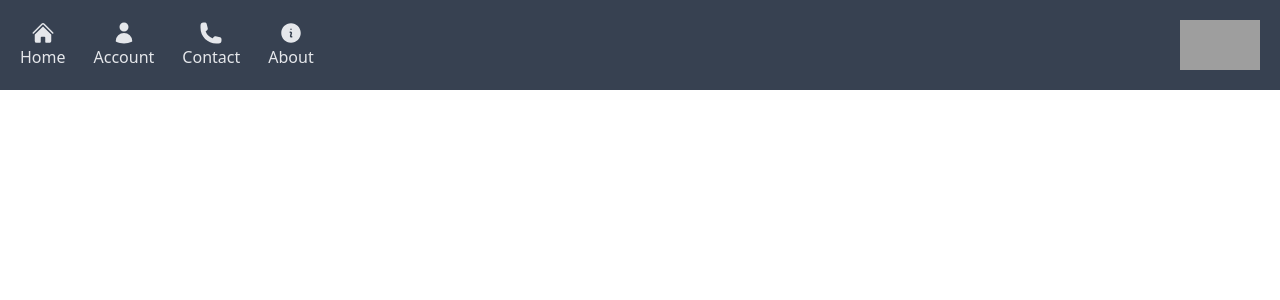
Repository: lyvandat/imdb-movie
Page: /
The author's editor kept a copy of each file at every save. The page is drawn from the files as they stood at one save, then again after the next save.
The browser window is 1280 px wide. The pictures show the whole page.
Pictures or frames that could not be fetched are drawn as grey boxes. The project was rebuilt for these pictures with package versions that can differ from the ones it lists, and the page was loaded fresh each time. The framework's server and built-in components were replaced by stand-ins that run in the browser. Also part of the build but not shown: next.config.js.

Above is the page before, as saved 2022-10-04 10:37:36.

After the next save:
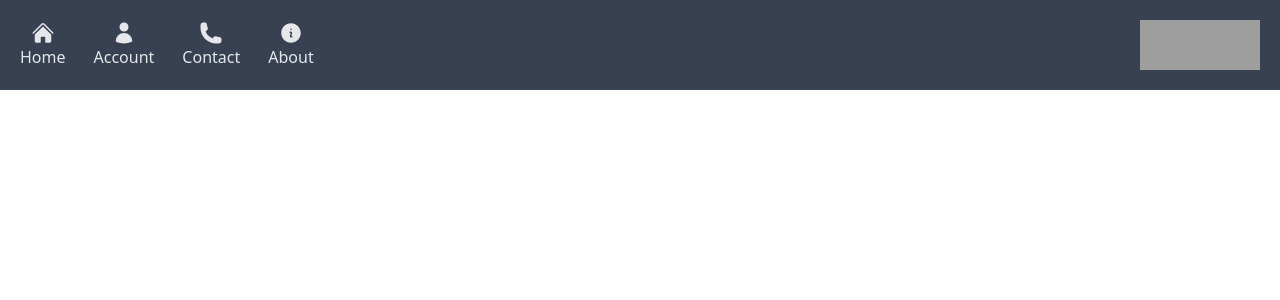
Saved 5 s later.
--- a/components/Header.js
+++ b/components/Header.js
@@ -34,7 +34,7 @@ function Header() {
       </ul>
       <Image
         src="https://th.bing.com/th/id/R.96d6a3163510b47bda4d016b465fb380?rik=RdmM%2faKqGkQOUw&riu=http%3a%2f%2fimg4.wikia.nocookie.net%2f__cb20130124112826%2flogopedia%2fimages%2f8%2f8e%2fIMDB.png&ehk=Svd7%2fn42Zig1owSS1hb%2b2k8bFFdbEKW6iFyTQu2u5yw%3d&risl=&pid=ImgRaw&r=0"
-        width={80}
+        width={120}
         height={50}
         layout="fixed"
         className="hover:brightness-110"
